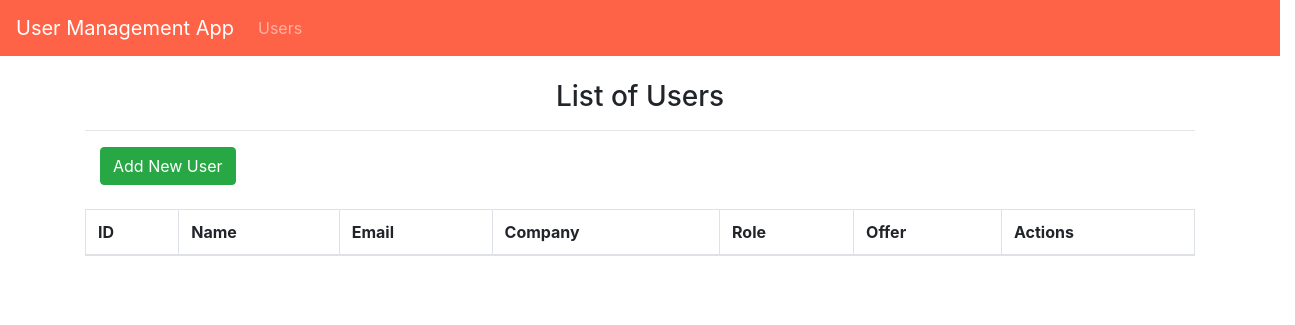
Repository: arnab01/Placement-Portal
Page: http://localhost/Company_Selects/
An editor plug-in stored every save of this project. The page is shown before and after the next save, followed by the edit.
The browser window is 1280 px wide. The page is 1295 px wide, so the pictures cover 1295 px, including what lies to the right of the window. The pictures show the whole page.
The page is served by Tomcat 9. Other server files are loaded and not shown. Queries for data that is not in the repository find no rows.

Above is the page before, as saved 2020-11-27 19:44:55.

### JSP/final_selects/Company_Selects/WebContent/user-list.jsp
<%@ page language="java" contentType="text/html; charset=UTF-8"
	pageEncoding="UTF-8"%>
<%@ taglib uri="http://java.sun.com/jsp/jstl/core" prefix="c"%>
<html>
<head>
<title>User Management Application</title>
<link rel="stylesheet"
	href="https://stackpath.bootstrapcdn.com/bootstrap/4.3.1/css/bootstrap.min.css"
	integrity="sha384-ggOyR0iXCbMQv3Xipma34MD+dH/1fQ784/j6cY/iJTQUOhcWr7x9JvoRxT2MZw1T"
	crossorigin="anonymous">
</head>
<body>

	<header>
		<nav class="navbar navbar-expand-md navbar-dark"
			style="background-color: tomato">
			<div>
				<a href="https://www.javaguides.net" class="navbar-brand"> User
					Management App </a>
			</div>

			<ul class="navbar-nav">
				<li><a href="<%=request.getContextPath()%>/list"
					class="nav-link">Users</a></li>
			</ul>
		</nav>
	</header>
	<br>

	<div class="row">
		<!-- <div class="alert alert-success" *ngIf='message'>{{message}}</div> -->

		<div class="container">
			<h3 class="text-center">List of Users</h3>
			<hr>
			<div class="container text-left">

				<a href="<%=request.getContextPath()%>/new" class="btn btn-success">Add
					New User</a>
			</div>
			<br>
			<table class="table table-bordered">
				<thead>
					<tr>
						<th>ID</th>
						<th>Name</th>
						<th>Email</th>
						<th>Company</th>
						<th>Role</th>
						<th>Offer</th>
						<th>Actions</th>
					</tr>
				</thead>
				<tbody>
					<!--   for (Todo todo: todos) {  -->
					<c:forEach var="user" items="${listUser}">

						<tr>
							<td><c:out value="${user.id}" /></td>
							<td><c:out value="${user.name}" /></td>
							<td><c:out value="${user.email}" /></td>
							<td><c:out value="${user.company}" /></td>
							<td><c:out value="${user.role}" /></td>
							<td><c:out value="${user.offer}" /></td>
							<td><a href="edit?id=<c:out value='${user.id}' />">Edit</a>
								&nbsp;&nbsp;&nbsp;&nbsp; <a
								href="delete?id=<c:out value='${user.id}' />">Delete</a></td>
						</tr>
					</c:forEach>
					<!-- } -->
				</tbody>

			</table>
		</div>
	</div>
</body>
</html>

### JSP/final_selects/Company_Selects/src/company/selects/web/UserServlet.java
package company.selects.web;

import java.io.IOException;
import java.sql.SQLException;
import java.util.List;

import javax.servlet.RequestDispatcher;
import javax.servlet.ServletException;
import javax.servlet.annotation.WebServlet;
import javax.servlet.http.HttpServlet;
import javax.servlet.http.HttpServletRequest;
import javax.servlet.http.HttpServletResponse;

import company.selects.dao.UserDAO;
import company.selects.model.User;

/**
 * ControllerServlet.java
 * This servlet acts as a page controller for the application, handling all
 * requests from the user.
 * @email Ramesh Fadatare
 */

@WebServlet("/")
public class UserServlet extends HttpServlet {
	private static final long serialVersionUID = 1L;
	private UserDAO userDAO;

	public void init() {
		userDAO = new UserDAO();
	}


	protected void doPost(HttpServletRequest request, HttpServletResponse response)
			throws ServletException, IOException {
		doGet(request, response);
	}

	protected void doGet(HttpServletRequest request, HttpServletResponse response)
			throws ServletException, IOException {
		String action = request.getServletPath();

		try {
			switch (action) {
			case "/new":
				showNewForm(request, response);
				break;
			case "/insert":
				insertUser(request, response);
				break;
			case "/delete":
				deleteUser(request, response);
				break;
			case "/edit":
				showEditForm(request, response);
				break;
			case "/update":
				updateUser(request, response);
				break;
			default:
				listUser(request, response);
				break;
			}
		} catch (SQLException ex) {
			throw new ServletException(ex);
		}
	}

	private void listUser(HttpServletRequest request, HttpServletResponse response)
			throws SQLException, IOException, ServletException {
		List<User> listUser = userDAO.selectAllUsers();
		request.setAttribute("listUser", listUser);
		RequestDispatcher dispatcher = request.getRequestDispatcher("user-list.jsp");
		dispatcher.forward(request, response);
	}

	private void showNewForm(HttpServletRequest request, HttpServletResponse response)
			throws ServletException, IOException {
		RequestDispatcher dispatcher = request.getRequestDispatcher("user-form.jsp");
		dispatcher.forward(request, response);
	}

	private void showEditForm(HttpServletRequest request, HttpServletResponse response)
			throws SQLException, ServletException, IOException {
		int id = Integer.parseInt(request.getParameter("id"));
		User existingUser = userDAO.selectUser(id);
		RequestDispatcher dispatcher = request.getRequestDispatcher("user-form.jsp");
		request.setAttribute("user", existingUser);
		dispatcher.forward(request, response);

	}

	private void insertUser(HttpServletRequest request, HttpServletResponse response)
			throws SQLException, IOException {
		String name = request.getParameter("name");
		String email = request.getParameter("email");
		String company = request.getParameter("company");
		String role = request.getParameter("role");
		String offer = request.getParameter("offer");

		User newUser = new User(name, email, company, role, offer);
		userDAO.insertUser(newUser);
		response.sendRedirect("list");
	}

	private void updateUser(HttpServletRequest request, HttpServletResponse response)
			throws SQLException, IOException {
		int id = Integer.parseInt(request.getParameter("id"));
		String name = request.getParameter("name");
		String email = request.getParameter("email");
		String company = request.getParameter("company");
		String role = request.getParameter("role");
		String offer = request.getParameter("offer");

		User book = new User(name, email, company, role, offer);
		userDAO.updateUser(book);
		response.sendRedirect("list");
	}

	private void deleteUser(HttpServletRequest request, HttpServletResponse response)
			throws SQLException, IOException {
		int id = Integer.parseInt(request.getParameter("id"));
		userDAO.deleteUser(id);
		response.sendRedirect("list");

	}
}

After the next save:
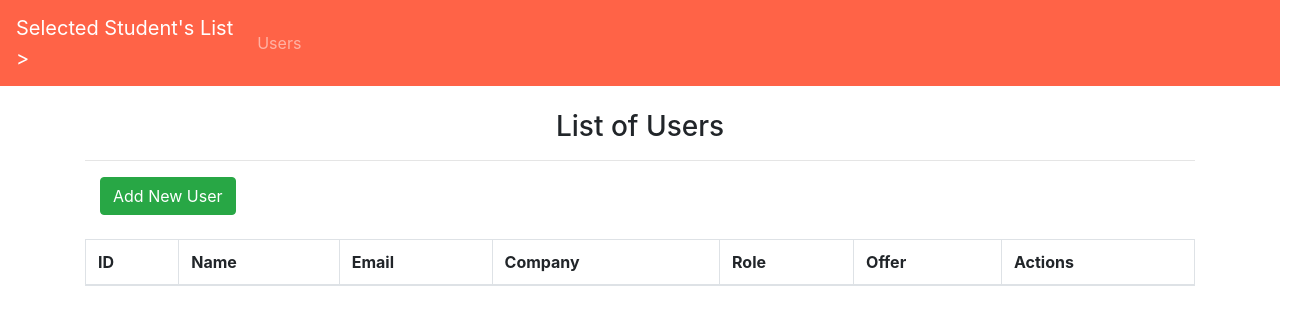
Saved 25 min 23 s later.
--- a/JSP/final_selects/Company_Selects/WebContent/user-list.jsp
+++ b/JSP/final_selects/Company_Selects/WebContent/user-list.jsp
@@ -15,8 +15,7 @@
 		<nav class="navbar navbar-expand-md navbar-dark"
 			style="background-color: tomato">
 			<div>
-				<a href="https://www.javaguides.net" class="navbar-brand"> User
-					Management App </a>
+				<a href="https://www.javaguides.net" class="navbar-brand"><center> Selected Student's List </center>></a>
 			</div>
 
 			<ul class="navbar-nav">
